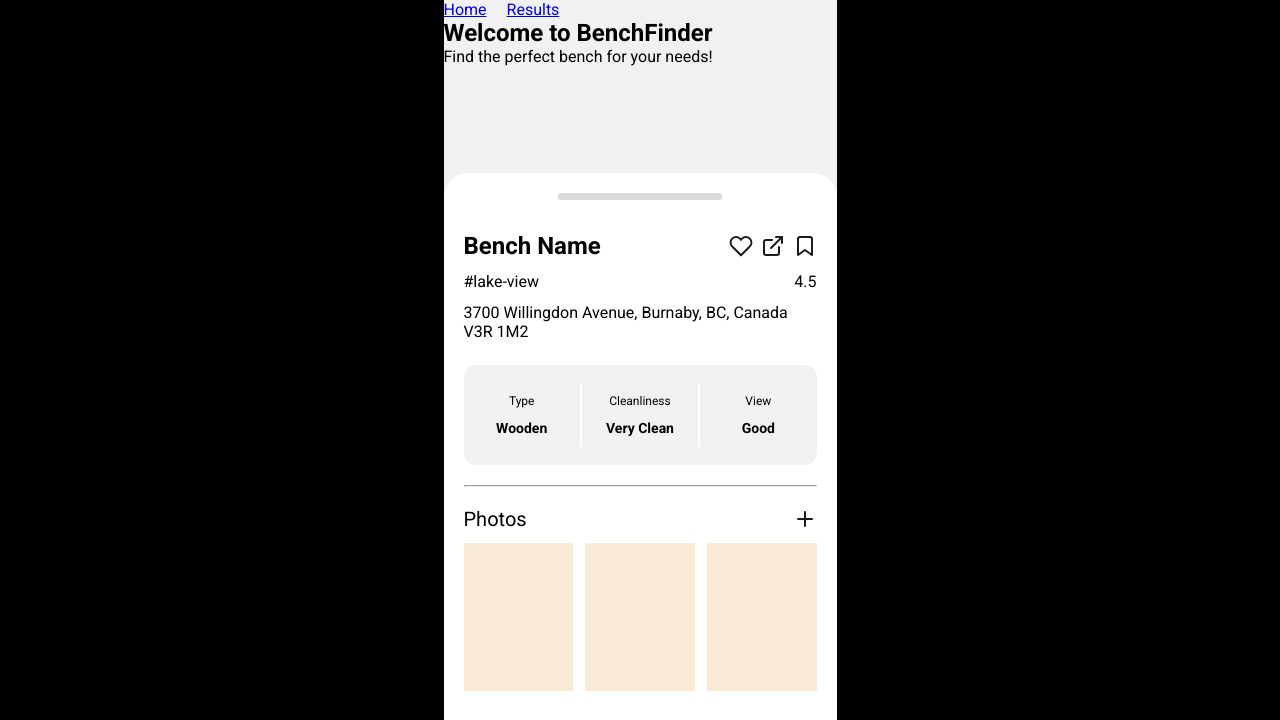
Repository: HidayatPatil/BenchFinder
Page: /
The author's editor kept a copy of each file at every save. The page is drawn from the files as they stood at one save, then again after the next save.
The browser window is 1280 px wide. The pictures show the whole page.
The project was rebuilt for these pictures with package versions that can differ from the ones it lists, and the page was loaded fresh each time. Also part of the build but not shown: vite.config.js, src/Results.jsx.

Above is the page before, as saved 2025-10-09 21:59:55.

After the next save:
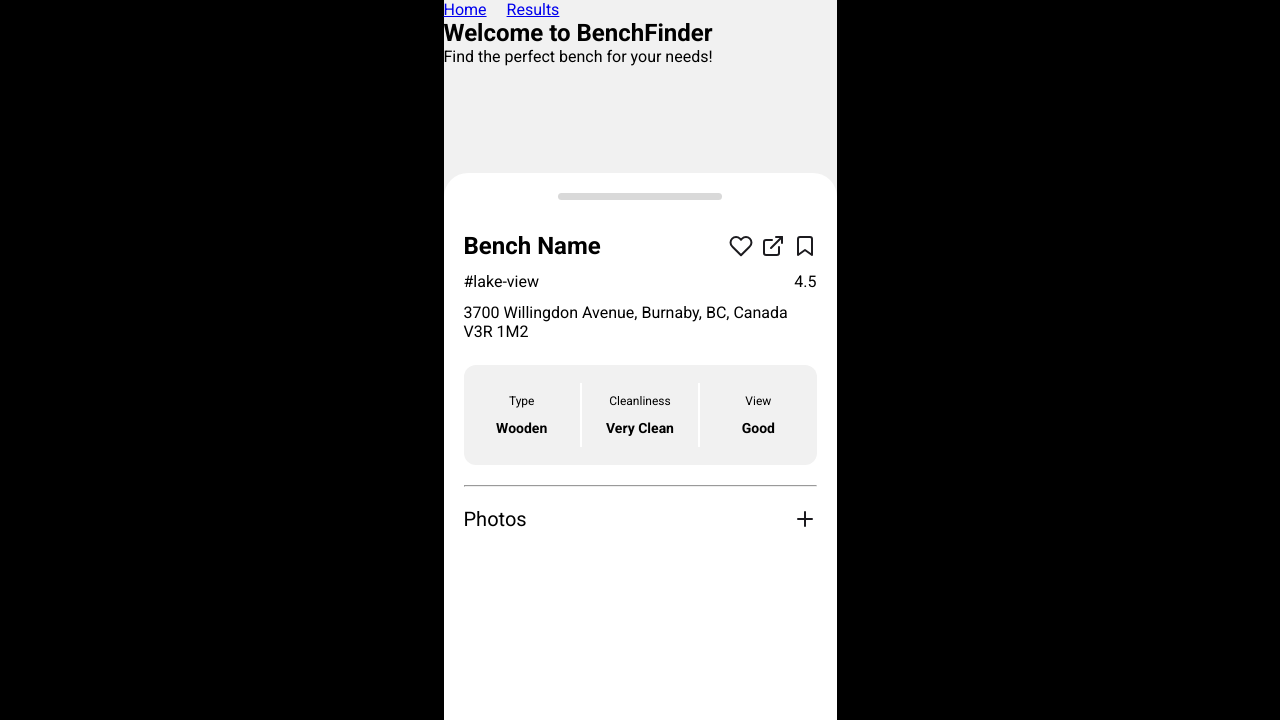
Saved 57 s later.
--- a/src/index.css
+++ b/src/index.css
@@ -169,7 +169,7 @@
     .gallery_image {
         background-color: antiquewhite;
         height: 148px;
-        width: 148px;
+        width: calc(100%)
         flex: 1;
     }
   }

After the 2 saves that followed:
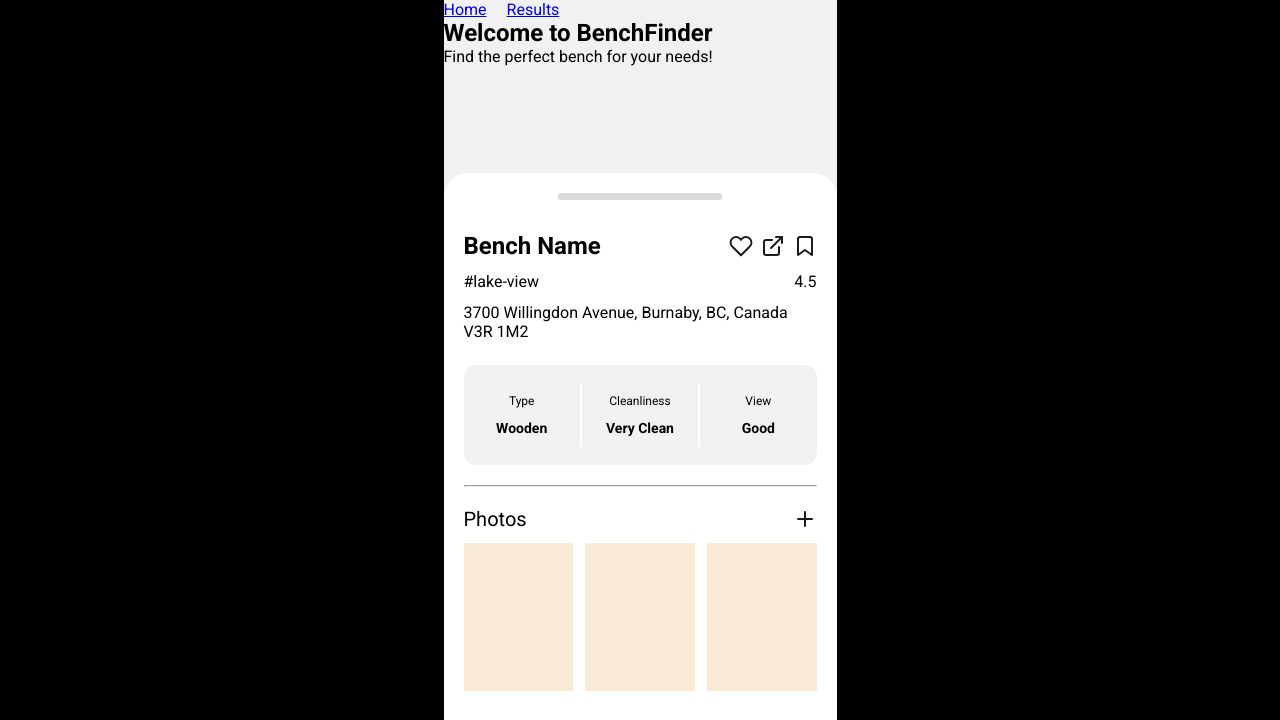
The 2 saves are shown as one change because they came seconds apart.
The last was saved 8 s later.
--- a/src/index.css
+++ b/src/index.css
@@ -169,7 +169,7 @@
     .gallery_image {
         background-color: antiquewhite;
         height: 148px;
-        width: calc(100%)
+        /* width: calc(100%); */
         flex: 1;
     }
   }
